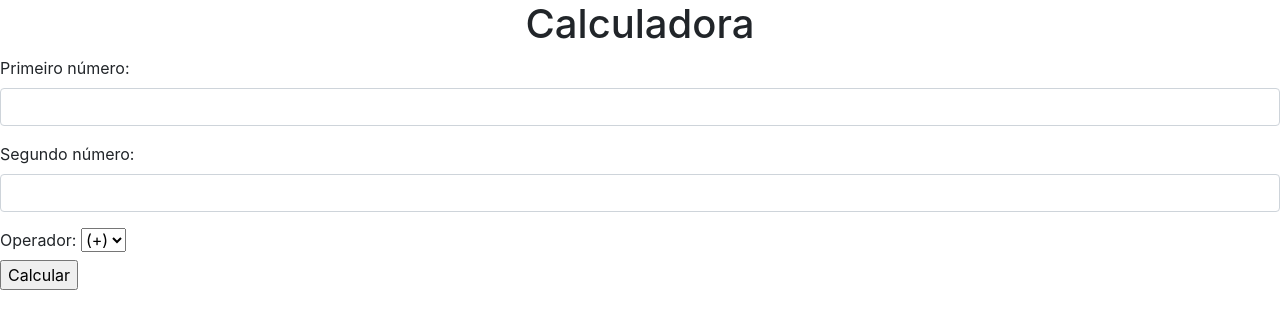
Repository: babirms/DAC
Page: Calculadora/WebContent/home.html
These files come from the project's save history. The page is drawn as it stood at one moment and after the next save; the edit follows.
The browser window is 1280 px wide. The pictures show the whole page.

Above is the page before, as saved 2020-09-20 22:33:33.
Console error (its wording comes from the project's code and is left out).

### Calculadora/WebContent/home.html
<!DOCTYPE html>
<html>
<head>
<meta charset="ISO-8859-1">
<title>Calculadora - Página Inicial</title>
<link href="bootstrap/css/bootstrap.min.css" rel="stylesheet"
	type="text/css" />
<script type="text/javascript" src="bootstrap/js/bootstrap.min.js"></script>
</head>
<body>
	<center>
		<h1>Calculadora</h1>
	</center>
	<form action="CalculadoraServlet" method="get">
		<div class="form-group">
			<label for="primeiroNum">Primeiro número: </label> <input
				type="number" class="form-control" name="primeiroValue" width="255"
				id="primeiroNum ">
		</div>
		<div class="form-group">
			<label for="segundoNum">Segundo número: </label> <input
				type="number" id="segundoNum" class="form-control"
				name="segundoValue">
		</div>
		<label>Operador: </label> <select name="operacao">
			<option value="soma">(+)</option>
			<option value="sub">(-)</option>
			<option value="mul">(*)</option>
			<option value="div">(/)</option>
		</select> <br> <input type="submit" value="Calcular">
	</form>


</body>
</html>

Loaded but not shown: Calculadora/WebContent/bootstrap/css/bootstrap.min.css (library); Calculadora/WebContent/bootstrap/js/bootstrap.min.js (library)

After the next save:
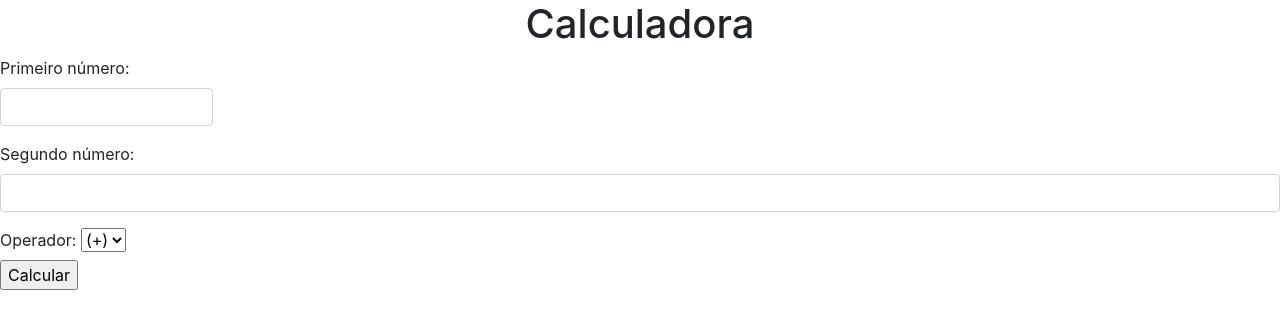
Saved 59 s later.
--- a/Calculadora/WebContent/home.html
+++ b/Calculadora/WebContent/home.html
@@ -14,7 +14,7 @@
 	<form action="CalculadoraServlet" method="get">
 		<div class="form-group">
 			<label for="primeiroNum">Primeiro número: </label> <input
-				type="number" class="form-control" name="primeiroValue" width="255"
+				type="number" class="form-control col-sm-2" name="primeiroValue"
 				id="primeiroNum ">
 		</div>
 		<div class="form-group">
